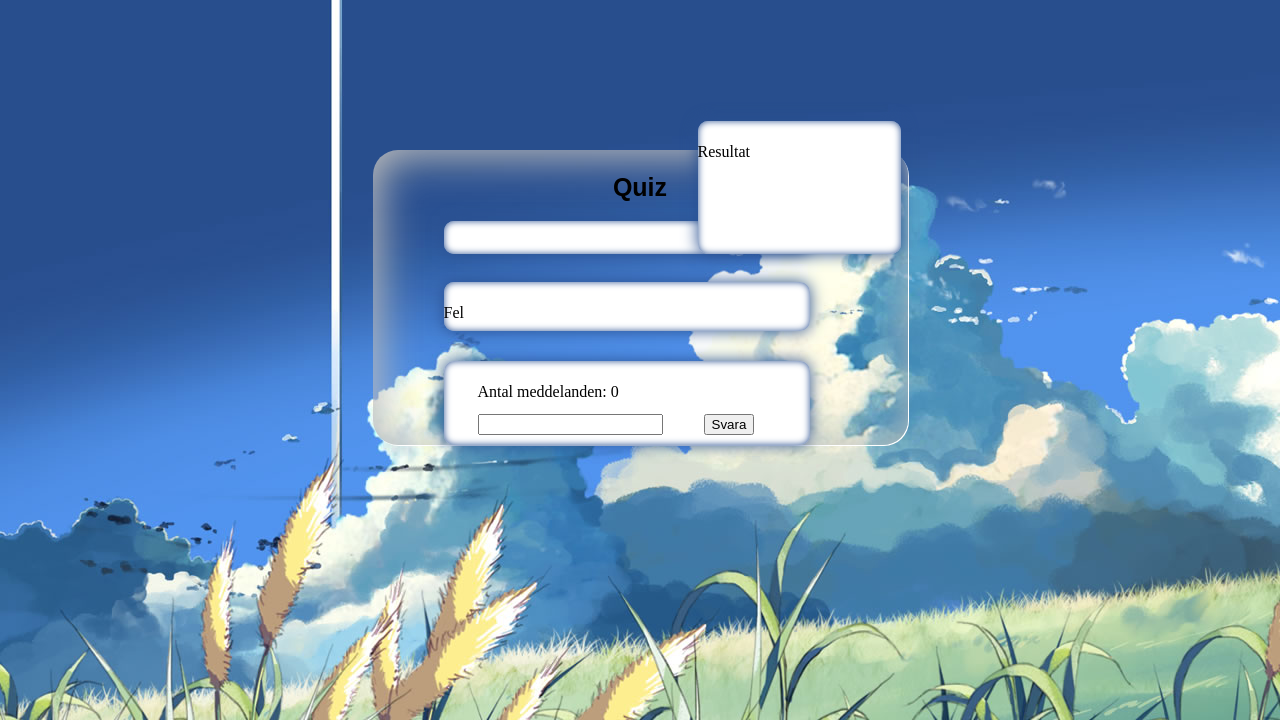
Repository: Marco30/1dv403-laborationer
Page: 4-thequiz/index.html
The author's editor kept a record of every edit. The page is drawn from the files as they stood at one moment, then again after the next edit.
The browser window is 1280 px wide. The pictures show the whole page.
The page's requests for data from a server got no answer.

Above is the page before.

After the next edit:
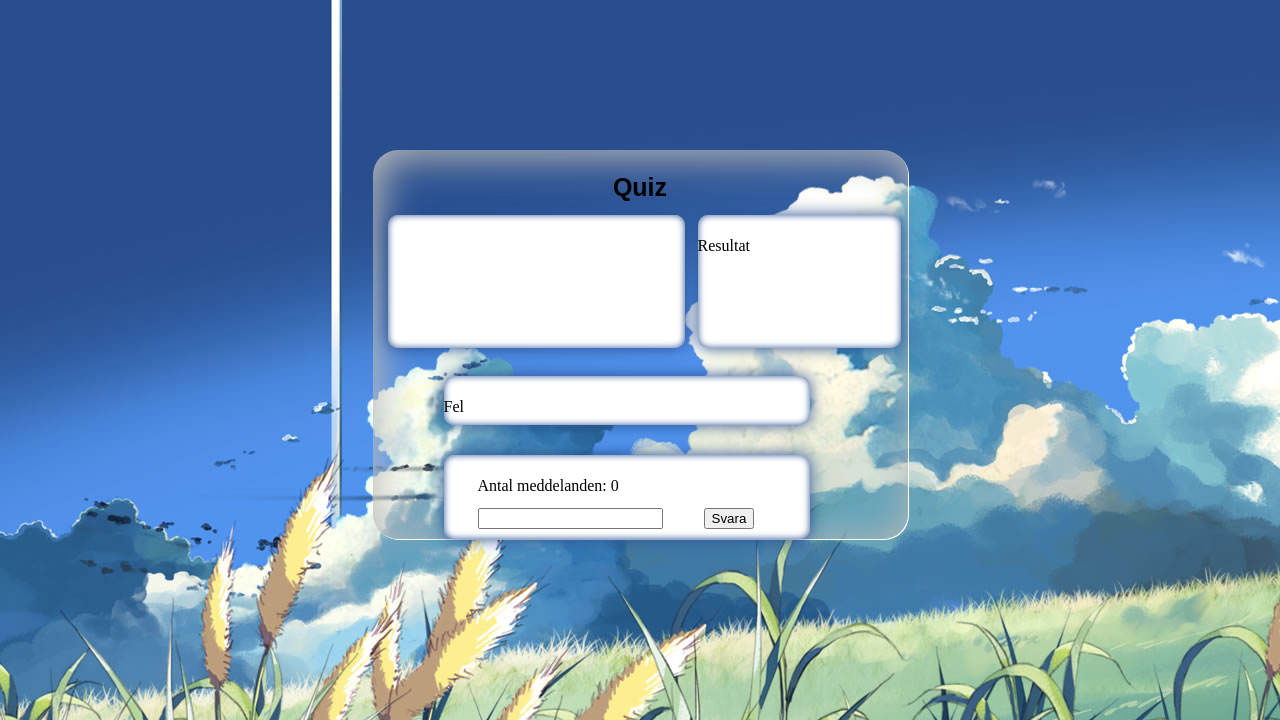
The edit:
--- a/4-thequiz/css/style.css
+++ b/4-thequiz/css/style.css
@@ -220,25 +220,13 @@
 
 #textonpage
 {
- background-color: #FFF;
-width: 366px;
-height: auto;
-padding-top: 23px;
-padding-bottom: 10px;
-margin: 6px 649px 30px 71px;
-    margin-top: 6px;
-    margin-right-value: 649px;
-    margin-bottom: 30px;
-    margin-left-value: 71px;
-    margin-left-ltr-source: physical;
-    margin-left-rtl-source: physical;
-    margin-right-ltr-source: physical;
-    margin-right-rtl-source: physical;
-word-wrap: break-word;
-border-radius: 10px;
-    border-top-left-radius: 10px;
-    border-top-right-radius: 10px;
-    border-bottom-right-radius: 10px;
-    border-bottom-left-radius: 10px;
-box-shadow: 0px 0px 7px 0px #2A5091 inset, 0px 0px 16px 0px #2A5091;
-}
+background-color: #FFF;
+width: 297px;
+padding-top: 23px;
+padding-bottom: 10px;
+margin: 0px 649px 30px 15px;
+word-wrap: break-word;
+border-radius: 10px;
+box-shadow: 0px 0px 7px 0px #2A5091 inset, 0px 0px 16px 0px #2A5091;
+height: 100px;
+}
